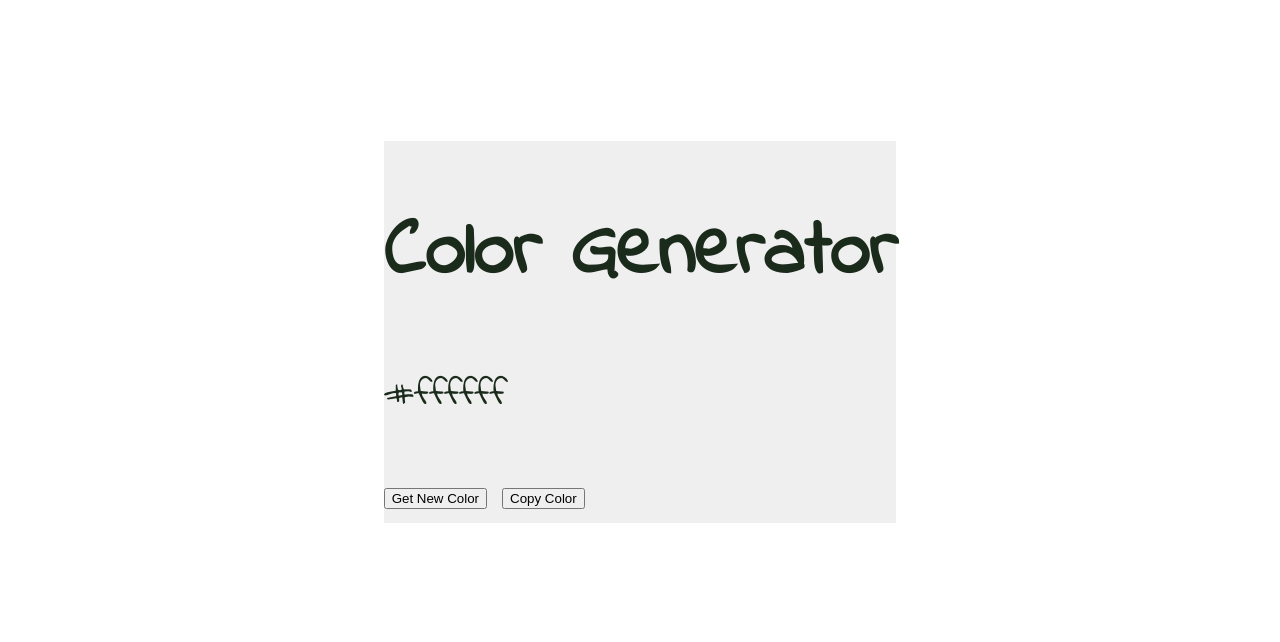
Repository: codimis/JSB-01-Color-Changer
Page: index.html
These files come from the project's save history. The page is drawn as it stood at one moment and after the next save; the edit follows.
The browser window is 1280 px wide. The pictures show the whole page.

Above is the page before, as saved 2021-09-17 01:37:31.

### index.html
<!DOCTYPE html>
<html lang="en">
<head>
    <meta charset="UTF-8">
    <meta http-equiv="X-UA-Compatible" content="IE=edge">
    <meta name="viewport" content="width=device-width, initial-scale=1.0">
    <title>Color Generator</title>
    <link rel="stylesheet" href="style.css" />
    <script defer src="color.js"></script>
</head>
<body>
    <div class="container">
        <h1>Color Generator</h1>
        <p id="currentColor">#ffffff</p>
        <button id="pickColor" onclick="setColor()">Get New Color</button>
        <button id="copyColor" onclick="copyColor()">Copy Color</button></div>
</body>
</html>

### style.css
@import url('https://fonts.googleapis.com/css2?family=Indie+Flower&display=swap');

:root {
    --color-dark: #1b2b1b;
    --color-light: #efefef;
}

body {
    font-family: "Indie Flower", sans-serif;
    color: var(--color-dark);
    display: grid;
    place-items: center;
    min-height: 90vh;
    min-width: 90vw;
    font-size: 2.5rem;
}

.container {
    background-color: var(--color-light);

}

Loaded but not shown: color.js (no stored copy; drawn as an empty file)

After the next save:
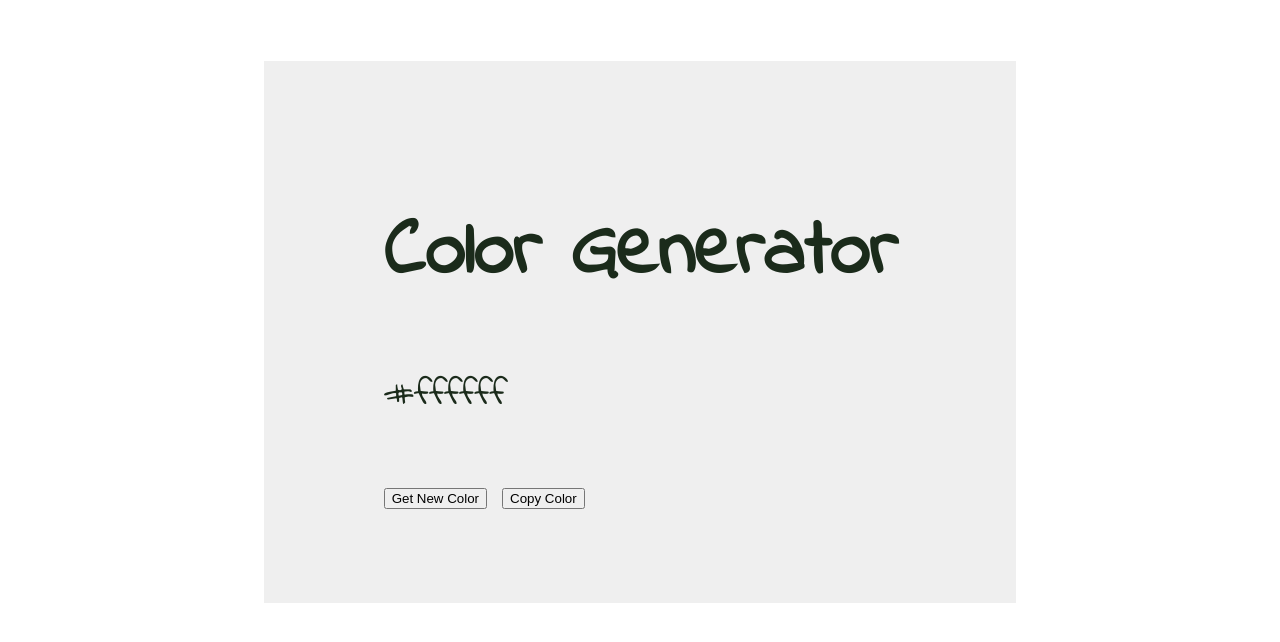
Saved 12 s later.
--- a/style.css
+++ b/style.css
@@ -17,5 +17,6 @@
 
 .container {
     background-color: var(--color-light);
+    padding: 2em 3em;
 
 }
